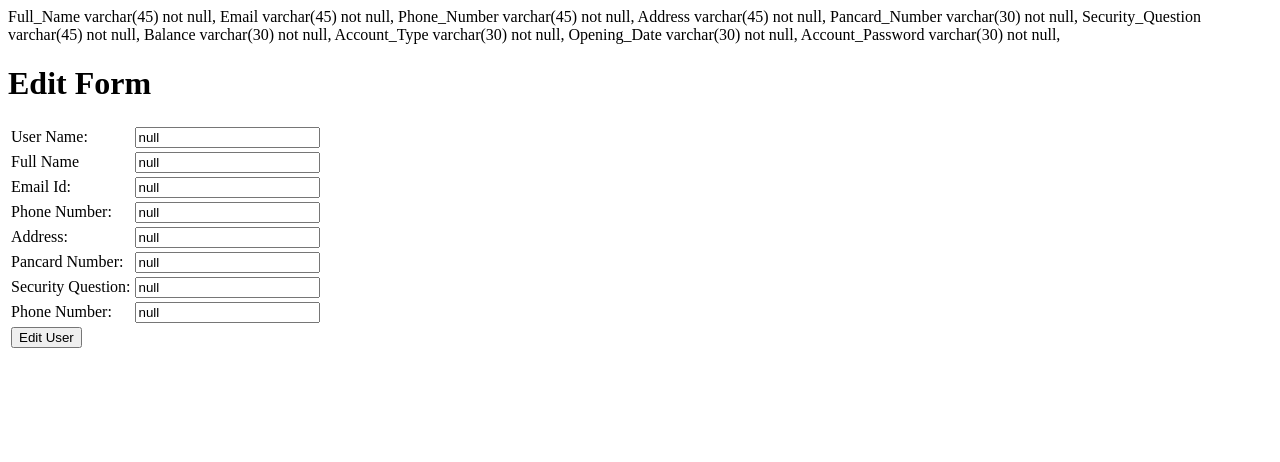
Repository: rukmini10/DXC
Page: http://localhost/Account/editform.jsp
The author's editor kept a copy of each file at every save. The page is drawn from the files as they stood at one save, then again after the next save.
The browser window is 1280 px wide. The pictures show the whole page.
The page is served by Tomcat 9.

Above is the page before, as saved 2022-05-05 18:34:47.

After the next save:
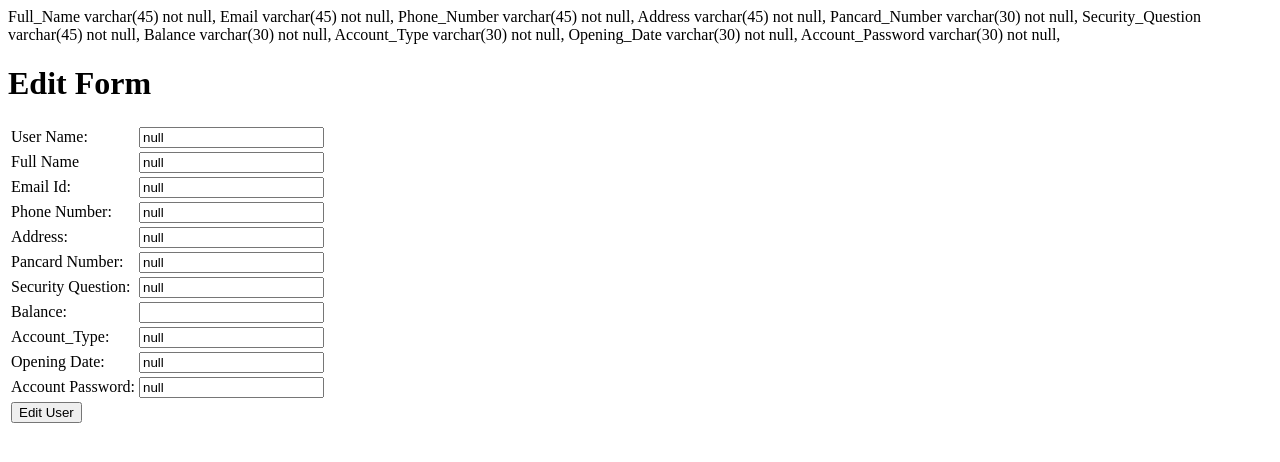
Saved 2 min 26 s later.
--- a/DXC_MAVEN/Account/src/main/webapp/editform.jsp
+++ b/DXC_MAVEN/Account/src/main/webapp/editform.jsp
@@ -40,8 +40,15 @@ Account_Password varchar(30) not null,
      <input type="text" name="Pancard_Number" value="<%= member.getPancard_Number()%>"/></td></tr>
       <tr><td>Security Question:</td><td>
      <input type="text" name="Security_Question" value="<%= member.getSecurity_Question()%>"/></td></tr>
-      <tr><td>Phone Number:</td><td>
-     <input type="text" name="Full_Name" value="<%= member.getPhone_Number()%>"/></td></tr>
+      <tr><td>Balance:</td><td>
+     <input type="number" name="Balance" value="<%= member.getBalance()%>"/></td></tr>
+       <tr><td>Account_Type:</td><td>
+     <input type="text" name="Account_Type" value="<%= member.getAccount_Type()%>"/></td></tr>
+       <tr><td>Opening Date:</td><td>
+     <input type="text" name="Opening_Date" value="<%= member.getOpening_Date()%>"/></td></tr>
+       <tr><td>Account Password:</td><td>
+     <input type="text" name="Account_Password" value="<%= member.getAccount_Password()%>"/></td></tr>
+
     <tr><td colspan="2"><input type="submit" value="Edit User"/></td></tr>
     </table>
     </form>
